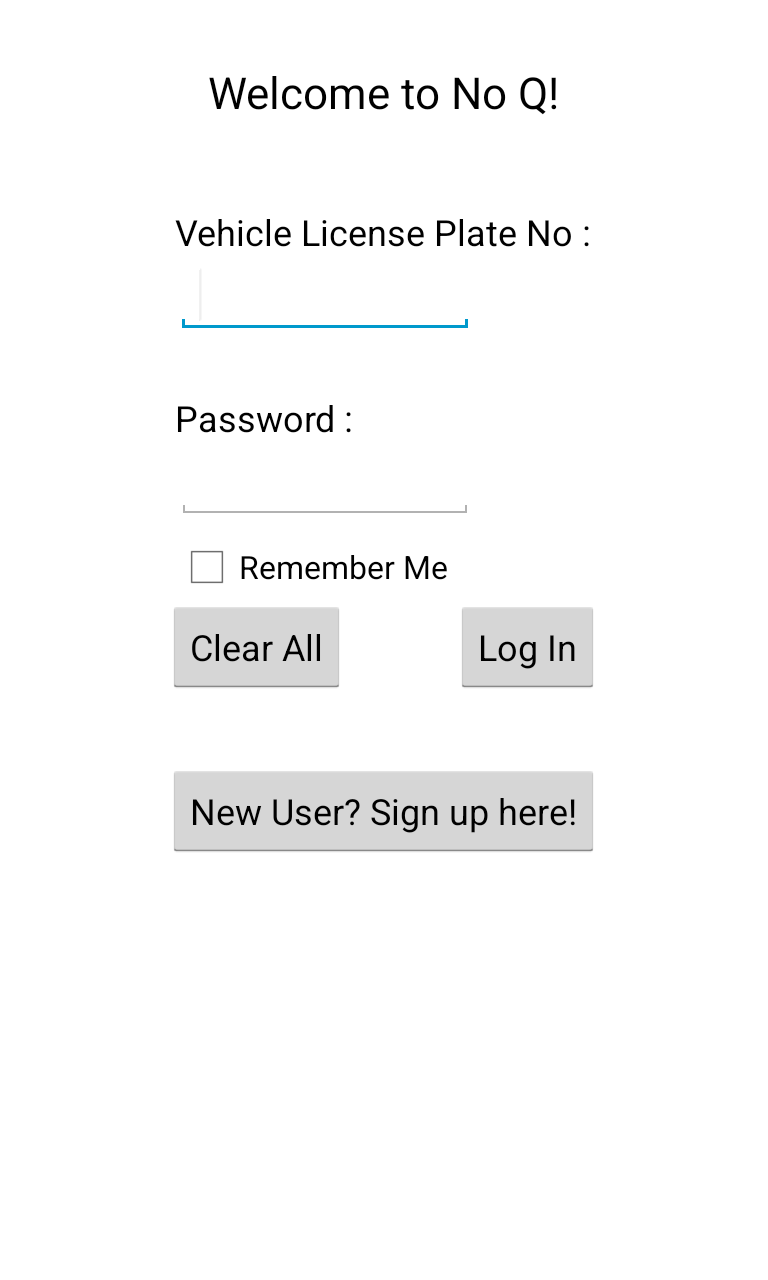
Repository: ipsita93/Orbital
Layout: NoQ/res/layout/log_in.xml
The author's editor kept a copy of each file at every save. The layout is drawn from the files as they stood at one save, then again after the next save.
It is drawn on a 768 x 1280 px phone screen (xhdpi) without system bars, with theme AppTheme; the app's code is not run.

Above is the layout before, as saved 2013-07-20 03:12:33.

After the next save:
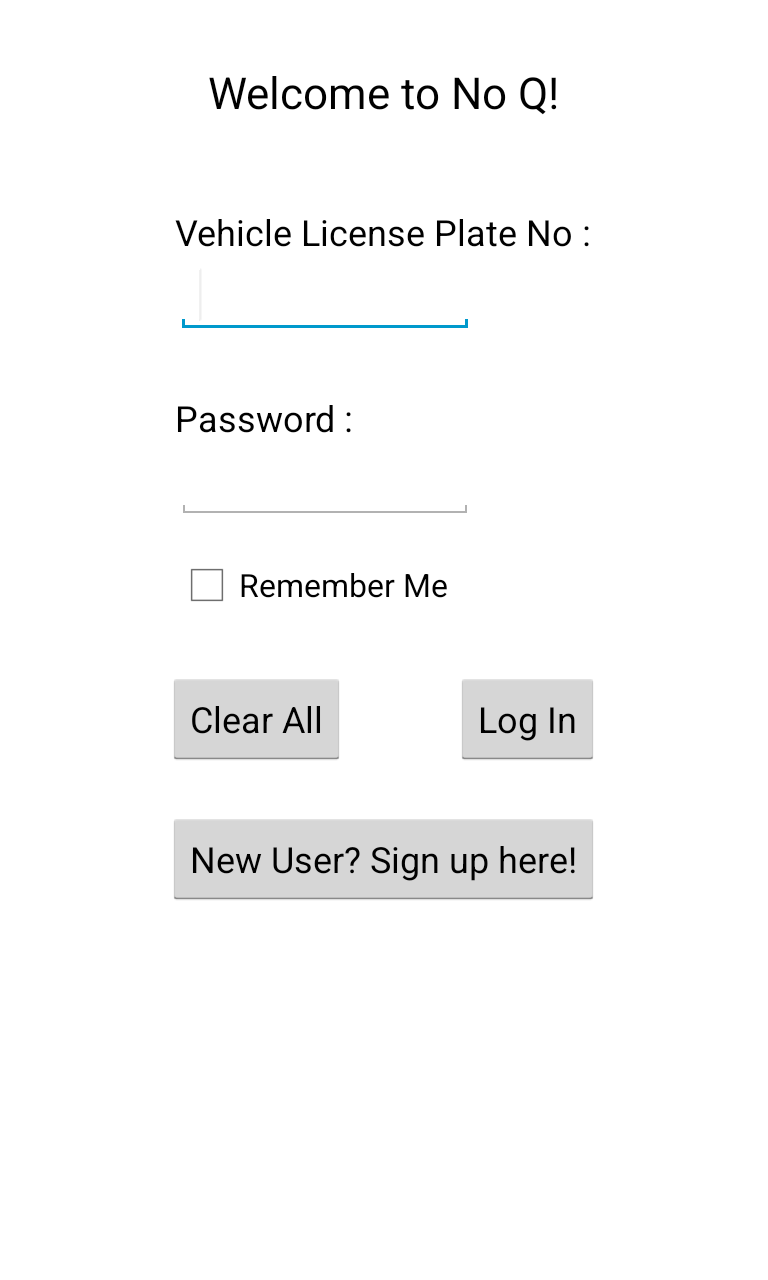
Saved 38 s later.
--- a/NoQ/res/layout/log_in.xml
+++ b/NoQ/res/layout/log_in.xml
@@ -15,13 +15,14 @@
         android:textAppearance="?android:attr/textAppearanceLarge" />
 
     <EditText
-        android:id="@+id/receiptCode"
+        android:id="@+id/vehnumber"
         android:layout_width="wrap_content"
         android:layout_height="wrap_content"
         android:layout_alignLeft="@+id/textView1"
         android:layout_below="@+id/textView1"
         android:ems="10"
-        android:width="150dp" >
+        android:width="150dp"
+        android:singleLine="true" >
 
         <requestFocus />
     </EditText>
@@ -44,35 +45,18 @@
         android:layout_below="@+id/textView2"
         android:ems="10"
         android:inputType="textPassword"
-        android:width="150dp" />
+        android:width="150dp"
+        android:singleLine="true" />
 
     <TextView
         android:id="@+id/textView2"
         android:layout_width="wrap_content"
         android:layout_height="wrap_content"
-        android:layout_alignLeft="@+id/receiptCode"
-        android:layout_below="@+id/receiptCode"
+        android:layout_alignLeft="@+id/vehnumber"
+        android:layout_below="@+id/vehnumber"
         android:layout_marginTop="29dp"
         android:text="Password :"
         android:textAppearance="?android:attr/textAppearanceMedium" />
-
-    <Button
-        android:id="@+id/ocrButton"
-        android:layout_width="wrap_content"
-        android:layout_height="wrap_content"
-        android:layout_below="@+id/button2"
-        android:layout_centerHorizontal="true"
-        android:layout_marginTop="34dp"
-        android:text="New User? Sign up here!" />
-
-    <Button
-        android:id="@+id/button1"
-        android:layout_width="wrap_content"
-        android:layout_height="wrap_content"
-        android:layout_alignLeft="@+id/ocrButton"
-        android:layout_below="@+id/shopName"
-        android:layout_marginTop="39dp"
-        android:text="Clear All" />
 
     <Button
         android:id="@+id/button2"
@@ -83,12 +67,31 @@
         android:layout_alignRight="@+id/ocrButton"
         android:text="Log In" />
 
+    <Button
+        android:id="@+id/button1"
+        android:layout_width="wrap_content"
+        android:layout_height="wrap_content"
+        android:layout_alignLeft="@+id/ocrButton"
+        android:layout_below="@+id/shopName"
+        android:layout_marginTop="75dp"
+        android:text="Clear All" />
+
     <CheckBox
         android:id="@+id/rmbMe"
         android:layout_width="wrap_content"
         android:layout_height="wrap_content"
-        android:layout_above="@+id/button2"
         android:layout_alignLeft="@+id/shopName"
+        android:layout_below="@+id/shopName"
+        android:layout_marginTop="16dp"
         android:text="Remember Me" />
 
+    <Button
+        android:id="@+id/ocrButton"
+        android:layout_width="wrap_content"
+        android:layout_height="wrap_content"
+        android:layout_below="@+id/button2"
+        android:layout_centerHorizontal="true"
+        android:layout_marginTop="22dp"
+        android:text="New User? Sign up here!" />
+
 </RelativeLayout>
